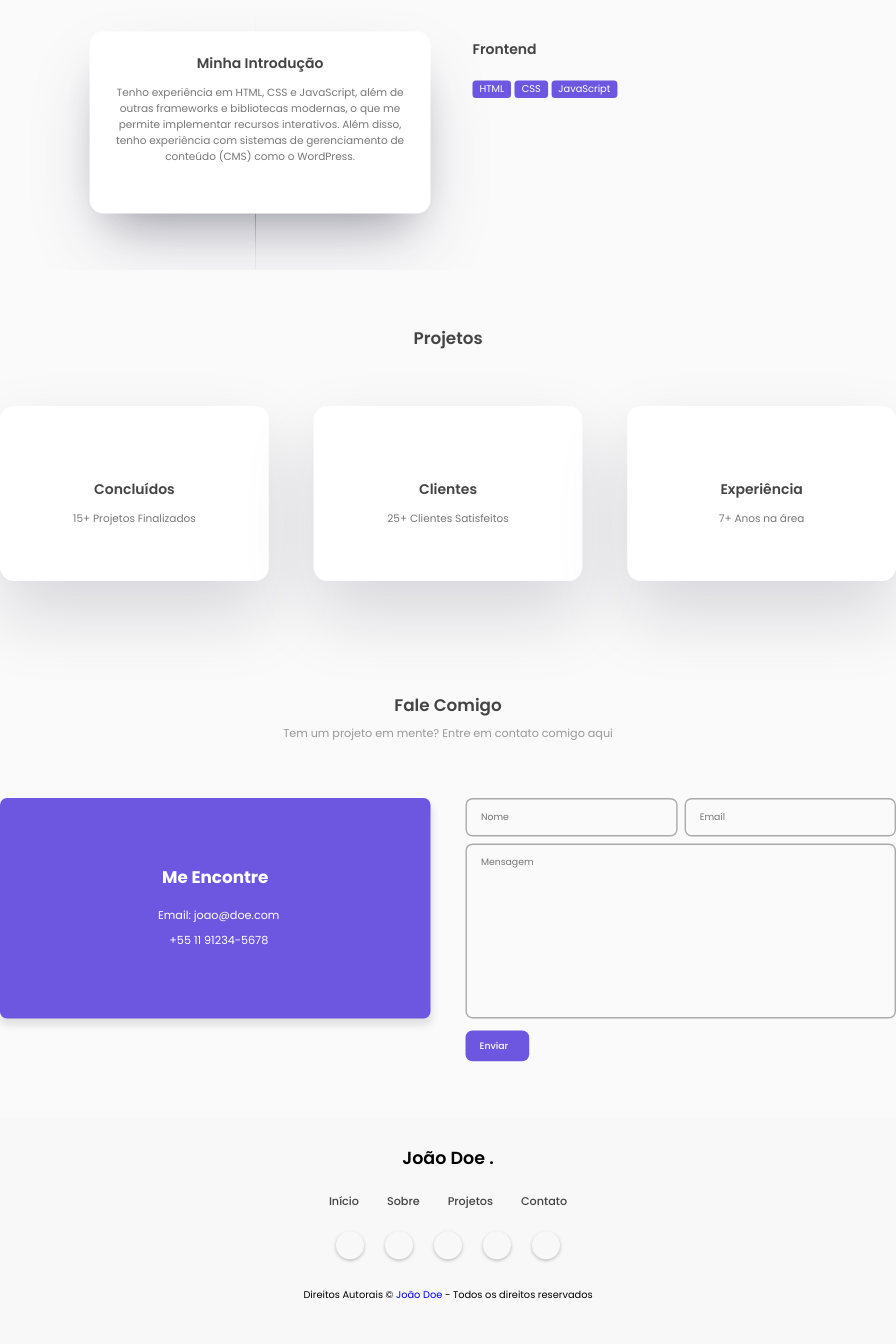
Repository: Matheus904-12/PrePortf
Page: index.html
An editor plug-in stored every save of this project. The page is shown before and after the next save, followed by the edit.
The browser window is 1280 px wide. The pictures show the part of the page from y = 870 to 2790 px (the page is 2790 px tall), at 70% of full size.
Some icons come from a web library that is not loaded, so they are not drawn.

Above is the page before, as saved 2023-09-29 10:55:19.

### index.html
<!DOCTYPE html>
<html lang="pt-br">

<head>
    <meta charset="UTF-8">
    <meta name="viewport" content="width=device-width, initial-scale=1.0">

    <!-- UNICONS -->
    <link rel="stylesheet" href="https://unicons.iconscout.com/release/v4.0.8/css/line.css">
    <!-- CSS -->
    <link rel="stylesheet" href="style.css">
    <!-- Adicionar favicon -->
    <link rel="shortcut icon" href="assets/images/favicon.png" type="image/x-icon">

    <title>Portfólio | Codingdev</title>
</head>

<body>
    <div class="container">
        <!-- --------------- CABEÇALHO --------------- -->
        <nav id="header">
            <div class="nav-logo">
                <p class="nav-name">Lucindo</p>
                <span>.</span>
            </div>
            <div class="nav-menu" id="myNavMenu">
                <ul class="nav_menu_list">
                    <li class="nav_list">
                        <a href="#home" class="nav-link active-link">Início</a>
                        <div class="circle"></div>
                    </li>
                    <li class="nav_list">
                        <a href="#about" class="nav-link">Sobre</a>
                        <div class="circle"></div>
                    </li>
                    <li class="nav_list">
                        <a href="#projects" class="nav-link">Projetos</a>
                        <div class="circle"></div>
                    </li>
                    <li class="nav_list">
                        <a href="#contact" class="nav-link">Contato</a>
                        <div class="circle"></div>
                    </li>
                </ul>
            </div>
            <div class="nav-menu-btn">
                <i class="uil uil-bars" onclick="myMenuFunction()"></i>
            </div>
        </nav>


        <!-- -------------- PRINCIPAL ---------------- -->
        <main class="wrapper">
            <!-- -------------- DESTAQUE ---------------- -->
            <section class="featured-box" id="home">
                <div class="featured-text">
                    <div class="featured-text-card">
                        <span>Matheus Lucindo</span>
                    </div>
                    <div class="featured-name">
                        <p>Eu sou <span class="typedText"></span></p>
                    </div>
                    <div class="featured-text-info">
                        <p>Desenvolvedor frontend experiente com paixão por criar sites visualmente
                            impressionantes e fáceis de usar.
                        </p>
                    </div>

                    <div class="social_icons">
                        <div class="icon"><i class="uil uil-instagram"></i></div>
                        <div class="icon"><i class="uil uil-linkedin-alt"></i></div>
                        <div class="icon"><i class="uil uil-twitter"></i></div>
                        <div class="icon"><i class="uil uil-github-alt"></i></div>
                        <div class="icon"><i class="uil uil-figma"></i></div> <!-- Adicionado ícone do Figma -->
                    </div>
                </div>
                <div class="featured-image">
                    <div class="image">
                        <img src="./perfil.png" alt="avatar">
                    </div>
                </div>
                <div class="scroll-icon-box">
                    <a href="#about" class="scroll-btn">
                        <i class="uil uil-mouse-alt"></i>
                        <p>Role para baixo</p>
                    </a>
                </div>

            </section>
            <!-- -------------- SOBRE ---------------- -->
            <section class="section" id="about">
                <div class="top-header">
                    <h1>Sobre Mim</h1>
                </div>
                <div class="row">
                    <div class="col">
                        <div class="about-info">
                            <h3>Minha Introdução</h3>
                            <p>Tenho experiência em HTML, CSS e JavaScript, além de outras frameworks e bibliotecas
                                modernas, o que me permite implementar recursos interativos. Além disso, tenho
                                experiência com sistemas de gerenciamento de conteúdo (CMS) como o WordPress.
                            </p>
                        </div>
                    </div>
                    <div class="col">
                        <div class="skills-box">
                            <div class="skills-header">
                                <h3>Frontend</h3>
                            </div>
                            <div class="skills-list">
                                <span>HTML</span>
                                <span>CSS</span>
                                <span>JavaScript</span>
                            </div>
                        </div>




                        </div>
                    </div>
                </div>
            </section>

            <!-- -------------- PROJETOS ---------------- -->

            <section class="section" id="projects">
                <div class="top-header">
                    <h1>Projetos</h1>
                </div>
                <div class="project-container">
                    <div class="project-box">
                        <i class="uil uil-briefcase-alt"></i>
                        <h3>Concluídos</h3>
                        <label>15+ Projetos Finalizados</label>
                    </div>
                    <div class="project-box">
                        <i class="uil uil-users-alt"></i>
                        <h3>Clientes</h3>
                        <label>25+ Clientes Satisfeitos</label>
                    </div>
                    <div class="project-box">
                        <i class="uil uil-award"></i>
                        <h3>Experiência</h3>
                        <label>7+ Anos na área</label>
                    </div>
                </div>
            </section>

            <!-- -------------- CONTATO ---------------- -->

            <section class="section" id="contact">
                <div class="top-header">
                    <h1>Fale Comigo</h1>
                    <span>Tem um projeto em mente? Entre em contato comigo aqui</span>
                </div>
                <div class="row">
                    <div class="col">
                        <div class="contact-info">
                            <h2>Me Encontre <i class="uil uil-corner-right-down"></i></h2>
                            <p><i class="uil uil-envelope"></i> Email: joao@doe.com</p>
                            <p><i class="uil uil-phone"></i> +55 11 91234-5678</p>
                        </div>
                    </div>
                    <div class="col">
                        <div class="form-control">
                            <div class="form-inputs">
                                <input type="text" class="input-field" placeholder="Nome">
                                <input type="text" class="input-field" placeholder="Email">
                            </div>
                            <div class="text-area">
                                <textarea placeholder="Mensagem"></textarea>
                            </div>
                            <div class="form-button">
                                <button class="btn">Enviar <i class="uil uil-message"></i></button>
                            </div>
                        </div>
                    </div>
                </div>
            </section>

        </main>


        <!-- --------------- RODAPÉ --------------- -->
        <footer>
            <div class="top-footer">
                <p>João Doe .</p>
            </div>
            <div class="middle-footer">
                <ul class="footer-menu">
                    <li class="footer_menu_list">
                        <a href="#home">Início</a>
                    </li>
                    <li class="footer_menu_list">
                        <a href="#about">Sobre</a>
                    </li>
                    <li class="footer_menu_list">
                        <a href="#projects">Projetos</a>
                    </li>
                    <li class="footer_menu_list">
                        <a href="#contact">Contato</a>
                    </li>
                </ul>
            </div>
            <div class="footer-social-icons">
                <div class="icon"><i class="uil uil-instagram"></i></div>
                <div class="icon"><i class="uil uil-linkedin-alt"></i></div>
                <div class="icon"><i class="uil uil-twitter"></i></div>
                <div class="icon"><i class="uil uil-github-alt"></i></div>
                <div class="icon"><i class="uil uil-figma"></i></div> <!-- Adicionado ícone do Figma -->
            </div>
            <div class="bottom-footer">
                <p>Direitos Autorais &copy; <a href="#home" style="text-decoration: none;">João Doe</a> - Todos os direitos
                    reservados
                </p>
            </div>
        </footer>

    </div>

    <!-- ----- TYPING JS Link ----- -->
    <script src="https://unpkg.com/typed.js@2.0.16/dist/typed.umd.js"></script>

    <!-- ----- SCROLL REVEAL JS Link----- -->
    <script src="https://unpkg.com/scrollreveal"></script>

    <!-- ----- MAIN JS ----- -->
    <script src="./script.js"></script>
</body>

</html>

### style.css
/* ----- POPPINS FONT Link ----- */
@import url('https://fonts.googleapis.com/css2?family=Poppins:wght@400;500;600;700&display=swap');

/* ----- VARIABLES ----- */
:root{
    --body-color: rgb(250, 250, 250);
    --color-white: rgb(255, 255, 255);

    --text-color-second: rgb(68, 68, 68);
    --text-color-third: rgb(30, 159, 171);

    --first-color: rgb(110, 87, 224);
    --first-color-hover: rgb(40, 91, 212);

    --second-color: rgb(110, 87, 224);
    --third-color: rgb(192, 166, 49);
    --first-shadow-color: rgba(0, 0, 0, 0.1);

}

/* ----- BASE ----- */
*{
    margin: 0;
    padding: 0;
    box-sizing: border-box;
    font-family: 'Poppins', sans-serif;
}

/* ----- SMOOTH SCROLL ----- */
html{
    scroll-behavior: smooth;
}

/* ----- CHANGE THE SCROLL BAR DESIGN ----- */
::-webkit-scrollbar{
    width: 10px;
    border-radius: 25px;
}
::-webkit-scrollbar-track{
    background: #f1f1f1;
}
::-webkit-scrollbar-thumb{
    background: #ccc;
    border-radius: 30px;
}
::-webkit-scrollbar-thumb:hover{
    background: #bbb;
}


/* ---##-- REUSABLE CSS --##--- */

/* ----- GLOBAL BUTTON DESIGN ----- */
.btn{
    font-weight: 500;
    padding: 12px 20px;
    background: #efefef;
    border: none;
    border-radius: 10px;
    cursor: pointer;
    transition: .4s;
}
.btn>i{
    margin-left: 10px;
}
.btn:hover{
    background: var(--second-color);
    color: var(--color-white);
}

/* ----- GLOBAL ICONS DESIGN ----- */
i{
    font-size: 16px;
}

/* ------- BASE -------- */
body{
    background: var(--body-color);
}
.container{
    width: 100%;
    position: relative;
    overflow-x: hidden; /* not mandatory */
}

/* ----- NAVIGATION BAR ----- */
nav{
    position: fixed;
    display: flex;
    justify-content: space-between;
    width: 100%;
    height: 90px;
    line-height: 90px;
    background: var(--body-color);
    padding-inline: 9vw;
    transition: .3s;
    z-index: 100;
}
.nav-logo{
   position: relative;
}
.nav-name{
    font-size: 30px;
    font-weight: 600;
    color: var(--text-color-third);
}
.nav-logo span{
    position: absolute;
    top: -15px;
    right: -20px;
    font-size: 5em;
    color: var(--text-color-second);
}
.nav-menu, .nav_menu_list{
    display: flex;
}
.nav-menu .nav_list{
    list-style: none;
    position: relative;
}
.nav-link{
    text-decoration: none;
    color: var(--text-color-second);
    font-weight: 500;
    padding-inline: 15px;
    margin-inline: 20px;
}
.nav-menu-btn{
    display: none;
}
.nav-menu-btn i{
    font-size: 28px;
    cursor: pointer;
}
.active-link{
    position: relative;
    color: var(--first-color);
    transition: .3;
}
.active-link::after{
    content: '';
    position: absolute;
    left: 50%;
    bottom: -15px;
    transform: translate(-50%, -50%);
    width: 5px;
    height: 5px;
    background: var(--first-color);
    border-radius: 50%;
}


/* ----- WRAPPER DESIGN ----- */
.wrapper{
    padding-inline: 10vw;
}

/* ----- FEATURED BOX ----- */
.featured-box{
    position: relative;
    display: flex;
    height: 100vh;
    min-height: 700px;
}

/* ----- FEATURED TEXT BOX ----- */
.featured-text{
    position: relative;
    display: flex;
    justify-content: center;
    align-content: center;
    min-height: 80vh;
    flex-direction: column;
    width: 50%;
    padding-left: 20px;
}
.featured-text-card span{
    background: var(--third-color);
    color: var(--color-white);
    padding: 3px 8px;
    font-size: 12px;
    border-radius: 5px;
}
.featured-name{
    font-size: 50px;
    font-weight: 600;
    color: var(--text-color-second);
    margin-block: 20px;
}
.typedText{
    text-transform: capitalize;
    color: var(--text-color-third);
}
.featured-text-info{
    font-size: 15px;
    margin-bottom: 30px;
    color: var(--text-color-second);
}
.featured-text-btn{
    display: flex;
    gap: 20px;
}
.featured-text-btn>.blue-btn{
    background: var(--first-color);
    color: var(--color-white);
}
.featured-text-btn>.blue-btn:hover{
    background: var(--first-color-hover);
}
.social_icons{
    display: flex;
    margin-top: 5em;
    gap: 30px;
}
.icon{
    display: flex;
    justify-content: center;
    align-items: center;
    width: 40px;
    height: 40px;
    border-radius: 50%;
    box-shadow: 0px 2px 5px 0px rgba(0, 0, 0, 0.25);
    cursor: pointer;
}
.icon:hover{
    color: var(--first-color);
}

/* ----- FEATURED IMAGE BOX ----- */
.featured-image{
    display: flex;
    justify-content: right;
    align-content: center;
    min-height: 80vh;
    width: 50%;
}
.image{
    margin: auto 0;
    width: 380px;
    height: 380px;
    animation: imgFloat 7s ease-in-out infinite;
}
.image img{
    width: 380px;
    height: 380px;
    object-fit: contain;
}
@keyframes imgFloat {
    50%{
        transform: translateY(10px);
    }
}
.scroll-btn{
   position: absolute;
   bottom: 0;
   left: 50%;
   translate: -50%;
   display: flex;
   justify-content: center;
   align-items: center;
   width: 150px;
   height: 50px;
   gap: 5px;
   text-decoration: none;
   color: var(--text-color-second);
   background: var(--color-white);
   border-radius: 30px;
   box-shadow: 0 2px 5px 0 rgba(0, 0, 0, 0.25);
}
.scroll-btn i{
    font-size: 20px;
}

/* ----- MAIN BOX ----- */
.section{
    padding-block: 5em;
}
.row{
    display: flex;
    justify-content: space-between;
    width: 100%;
    gap: 50px;
}
.col{
    display: flex;
    width: 50%;
}

/* -- ## --- RESUABLE CSS -- ## -- */
.top-header{
    text-align: center;
    margin-bottom: 5em;
}
.top-header h1{
    font-weight: 600;
    color: var(--text-color-second);
    margin-bottom: 10px;
}
.top-header span{
    color: #999;
}
h3{
    font-size: 20px;
    font-weight: 600;
    color: var(--text-color-second);
    margin-bottom: 15px;
}

/* ----- ABOUT INFO ----- */
.about-info{
    position: relative;
    display: flex;
    align-items: center;
    flex-direction: column;
    padding-block: 30px 70px;
    padding-inline: 20px;
    width: 100%;
    background: var(--color-white);
    box-shadow: rgba(50, 50, 93, 0.25) 0px 50px 100px -20px, rgba(0, 0, 0, 0.3) 0px 30px 60px -30px;
    border-radius: 20px;
}
.about-info p{
    text-align: center;
    font-size: 15px;
    color: #777;
}
.about-btn button{
    position: absolute;
    right: 20px;
    bottom: 20px;
    background: var(--first-color);
    color: var(--color-white);
    border-radius: 30px;
}
.about-btn button:hover{
    background: var(--first-color-hover);
}

/* ----- ABOUT / SKILLS BOX ----- */
.skills-box{
    margin: 10px;
}
.skills-header{
    margin-bottom: 30px;
}
.skills-list{
    display: flex;
    flex-wrap: wrap;
    gap: 5px;
}
.skills-list span{
    font-size: 14px;
    background: var(--first-color);
    color: var(--color-white);
    padding: 2px 10px;
    border-radius: 5px;
}

/* ----- PROJECTS BOX ----- */
.project-container{
    display: flex;
    width: 100%;
    justify-content: space-between;
    gap: 20px;
    flex-wrap: wrap;
}
.project-box{
    position: relative;
    display: flex;
    justify-content: center;
    align-items: center;
    flex-direction: column;
    width: 30%;
    height: 250px;
    background: var(--color-white);
    border-radius: 20px;
    box-shadow: rgba(17, 12, 46, 0.15) 0px 48px 100px 0px;
    overflow: hidden;
}
.project-box>i{
    font-size: 50px;
    color: #00B5E7;
    margin-bottom: 25px;
}
.project-box label{
    font-size: 15px;
    color: #777;
}
.project-box::after, .contact-info::after{
    content: "";
    position: absolute;
    bottom: -100%;
    background: var(--second-color);
    width: 100%;
    height: 100%;
    transition: .4s;
    z-index: 1;
}
.project-box:hover.project-box::after,
.contact-info:hover.contact-info::after{
    bottom: 0;
}
.project-box:hover.project-box i,
.project-box:hover.project-box>h3,
.project-box:hover.project-box>label{
    color: var(--color-white);
    z-index: 2;
}

/* ----- CONTACT BOX ----- */
.contact-info{
    position: relative;
    display: flex;
    flex-direction: column;
    justify-content: center;
    align-items: center;
    padding: 20px 30px;
    width: 100%;
    height: 315px;
    background: var(--second-color);
    border-radius: 10px;
    box-shadow: 1px 8px 10px 2px var(--first-shadow-color);
    overflow: hidden;
}
.contact-info>h2{
    color: var(--color-white);
    margin-bottom: 20px;
}
.contact-info>p{
    display: flex;
    align-items: center;
    gap: 10px;
    color: var(--color-white);
    margin-block: 5px;
}
.contact-info p>i{
    font-size: 18px;
}
.contact-info::after{
    background: var(--color-white);
}
.contact-info:hover.contact-info h2,
.contact-info:hover.contact-info p,
.contact-info:hover.contact-info i{
    color: #777;
    z-index: 2;
}

/* ----- CONTACT FORM ----- */
.form-control{
    display: flex;
    flex-direction: column;
    gap: 10px;
    width: 100%;
}
.form-inputs{
    display: flex;
    gap: 10px;
    width: 100%;
}
.input-field{
    width: 50%;
    height: 55px;
    background: transparent;
    border: 2px solid #AAA;
    border-radius: 10px;
    padding-inline: 20px;
    outline: none;
}
textarea{
    width: 100%;
    height: 250px;
    background: transparent;
    border: 2px solid #AAA;
    border-radius: 10px;
    padding: 15px 20px;
    outline: none;
    resize: none;
}
.form-button>.btn{
    display: flex;
    align-items: center;
    justify-content: center;
    background: var(--second-color);
    color: var(--color-white);
}
.form-button>.btn:hover{
    background: #00B5E7;
}
.form-button i{
    font-size: 18px;
    rotate: -45deg;
}

/* ----- FOOTER BOX ----- */
footer{
    display: flex;
    justify-content: center;
    align-items: center;
    flex-direction: column;
    row-gap: 30px;
    background: #F8F8F8;
    padding-block: 40px 60px;
}
.top-footer p{
    font-size: 25px;
    font-weight: 600;
}
.middle-footer .footer-menu{
    display: flex;
}
.footer_menu_list{
    list-style: none;
}
.footer_menu_list a{
    text-decoration: none;
    color: var(--text-color-second);
    font-weight: 500;
    margin-inline: 20px;
}
.footer-social-icons{
    display: flex;
    gap: 30px;
}
.bottom-footer{
    font-size: 14px;
    margin-top: 10px;
}


/* ----- MEDIA QUERY == 1024px / RESPONSIVE ----- */
@media only screen and (max-width: 1024px){
    .featured-text{
        padding: 0;
    }
    .image, .image img{
        width: 320px;
        height: 320px;
    }
}

/* ----- MEDIA QUERY == 900px / RESPONSIVE ----- */
@media only screen and (max-width: 900px) {
    .nav-button{
        display: none;
    }
    .nav-menu.responsive{
        left: 0;
    }
    .nav-menu{
        position: fixed;
        top: 80px;
        left: -100%;
        flex-direction: column;
        justify-content: center;
        align-items: center;
        background: rgba(255, 255, 255, 0.7);
        backdrop-filter: blur(20px);
        width: 100%;
        min-height: 450px;
        height: 90vh;
        transition: .3s;
    }
    .nav_menu_list{
        flex-direction: column;
    }
    .nav-menu-btn{
        display: flex;
        align-items: center;
        justify-content: center;
    }
    .featured-box{
        flex-direction: column;
        justify-content: center;
        height: 100vh;
    }
    .featured-text{
        width: 100%;
        order: 2;
        justify-content: center;
        align-content: flex-start;
        min-height: 60vh;
    }
    .social_icons{
        margin-top: 2em;
    }
    .featured-image{
        order: 1;
        justify-content: center;
        min-height: 150px;
        width: 100%;
        margin-top: 65px;
    }
    .image, .image img{
        width: 150px;
        height: 150px;
    }
    .row{
        display: flex;
        flex-direction: column;
        justify-content: center;
        gap: 50px;
    }
    .col{
        display: flex;
        justify-content: center;
        width: 100%;
    }
    .about-info, .contact-info{
        width: 100%;
    }
    .project-container{
        justify-content: center;
    }
    .project-box{
        width: 80%;
    }

}

/* ----- MEDIA QUERY == 540px / RESPONSIVE ----- */

@media only screen and (max-width: 540px){
    .featured-name{
        font-size: 40px;
    }
    .project-box{
        width: 100%;
    }
    .form-inputs{
        flex-direction: column;
    }
    .input-field{
        width: 100%;
    }
}

Loaded but not shown: script.js (117 lines, source omitted)

After the next save:
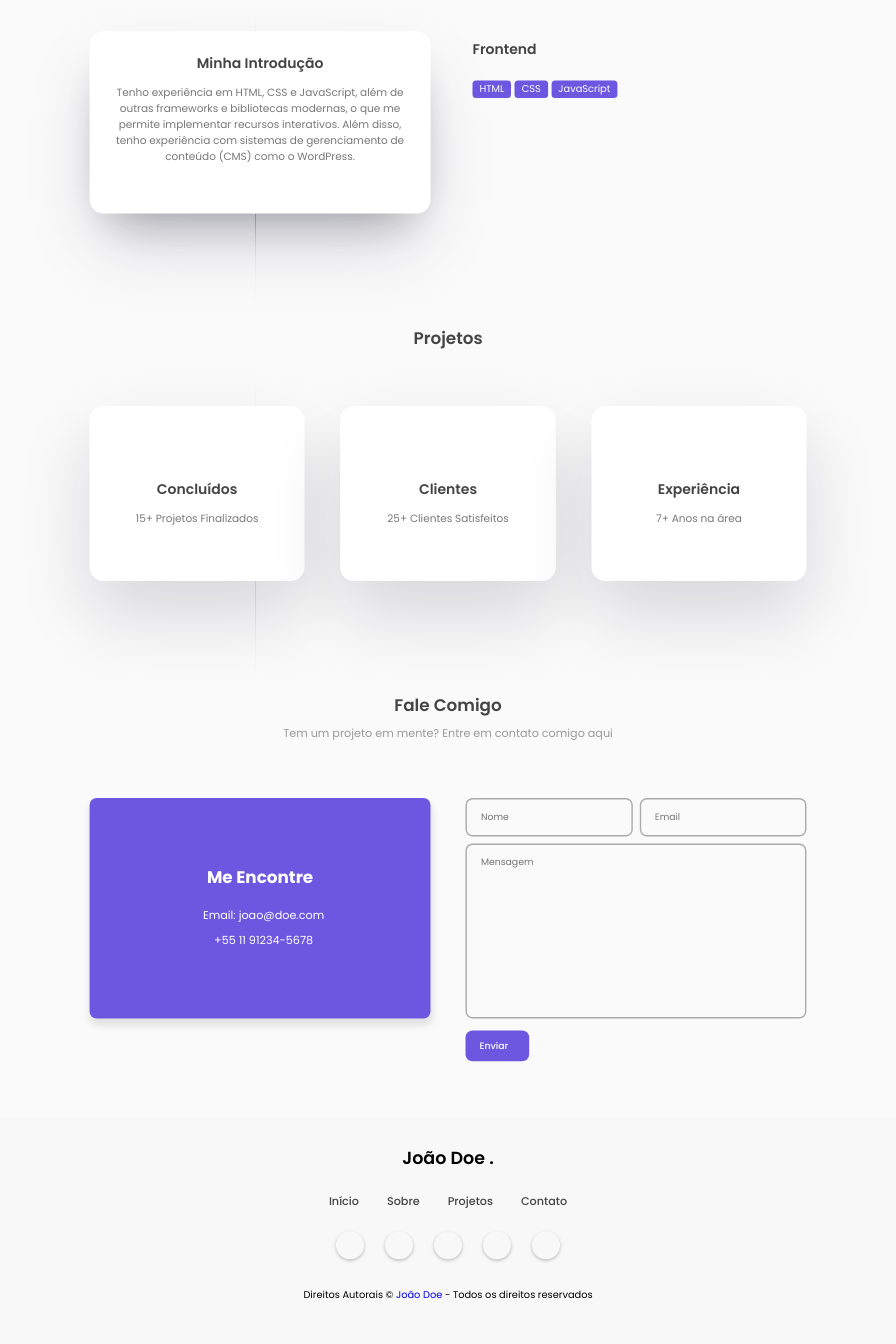
Saved 10 s later.
--- a/index.html
+++ b/index.html
@@ -117,9 +117,7 @@
 
 
 
-                        </div>
-                    </div>
-                </div>
+
             </section>
 
             <!-- -------------- PROJETOS ---------------- -->
